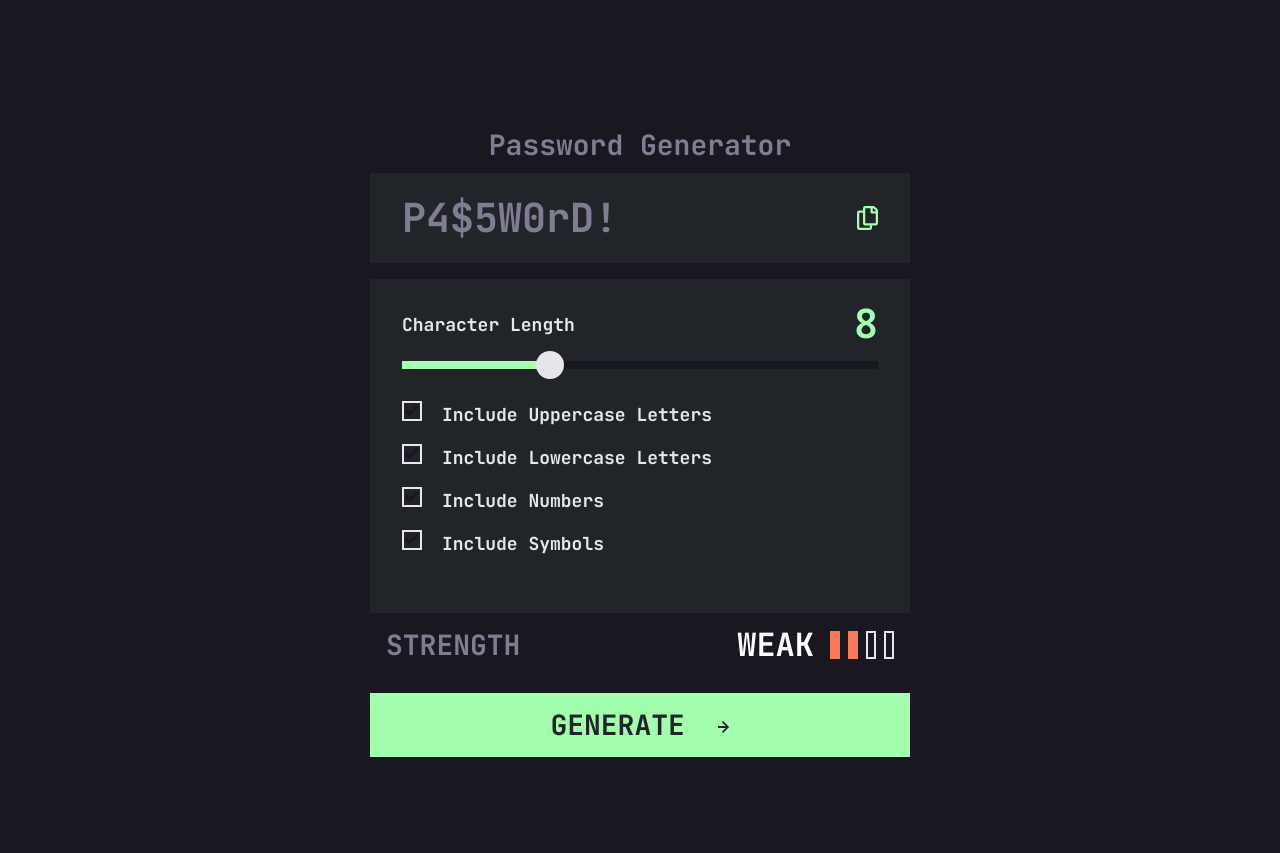
Repository: blordeus/password-generator-app
Page: starter-code/index.html
These files come from the project's save history. The page is drawn as it stood at one moment and after the next save; the edit follows.
The browser window is 1280 px wide. The pictures show the whole page.

Above is the page before, as saved 2023-10-05 20:45:19.

After the next save:
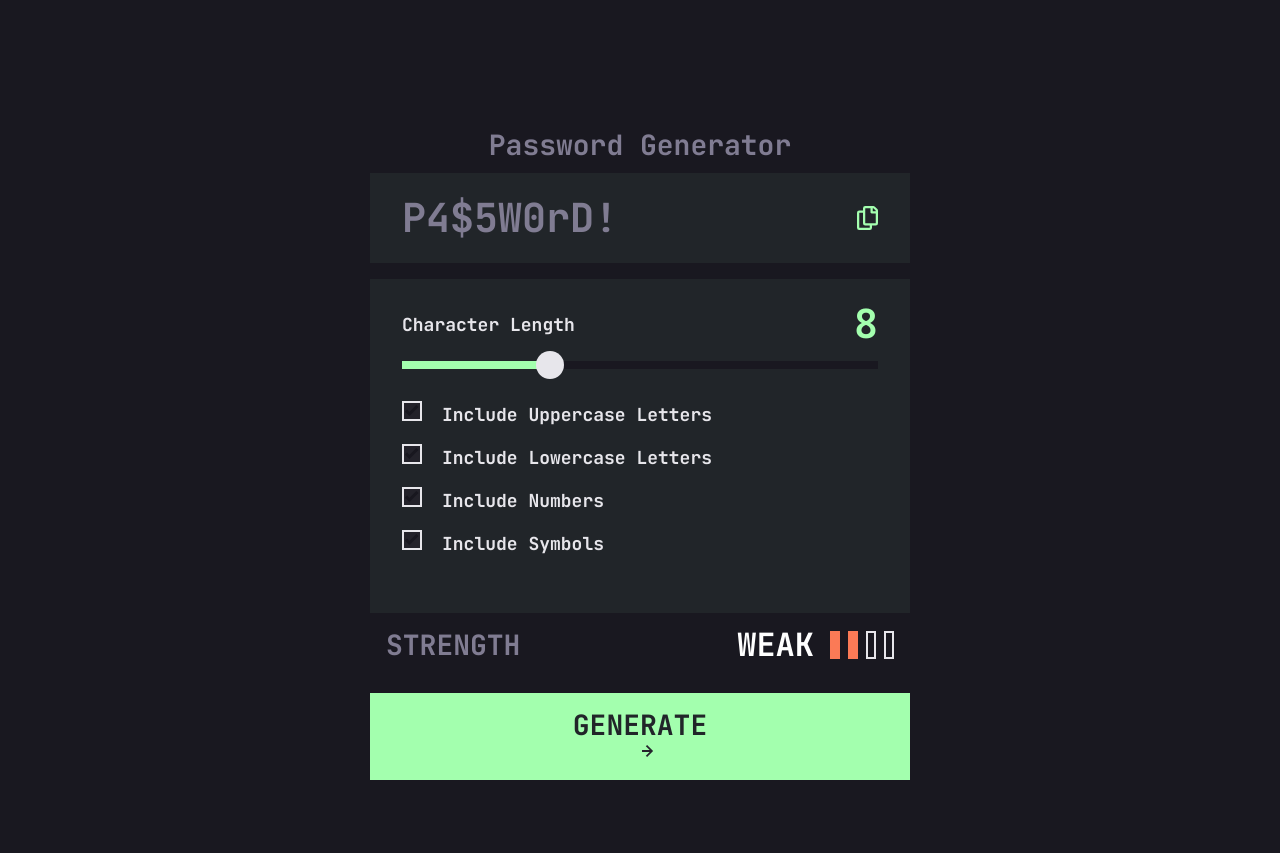
Saved 66 s later.
--- a/starter-code/index.html
+++ b/starter-code/index.html
@@ -64,7 +64,7 @@
     </div>
 
     <div class="flex">
-      <button id="generateBtn" class="uppercase fs-3 bg-green text-dark button">Generate <svg width="12" height="12" xmlns="http://www.w3.org/2000/svg"><path fill="#24232C" d="m5.106 12 6-6-6-6-1.265 1.265 3.841 3.84H.001v1.79h7.681l-3.841 3.84z"/></svg></button>
+      <button id="generateBtn" class="uppercase fs-3 bg-green text-dark button"><p>Generate</p> <svg width="12" height="12" xmlns="http://www.w3.org/2000/svg"><path fill="#24232C" d="m5.106 12 6-6-6-6-1.265 1.265 3.841 3.84H.001v1.79h7.681l-3.841 3.84z"/></svg></button>
     </div>
 
     <p id="alert" class="fs-3 alert">Please select one or more options</p>
